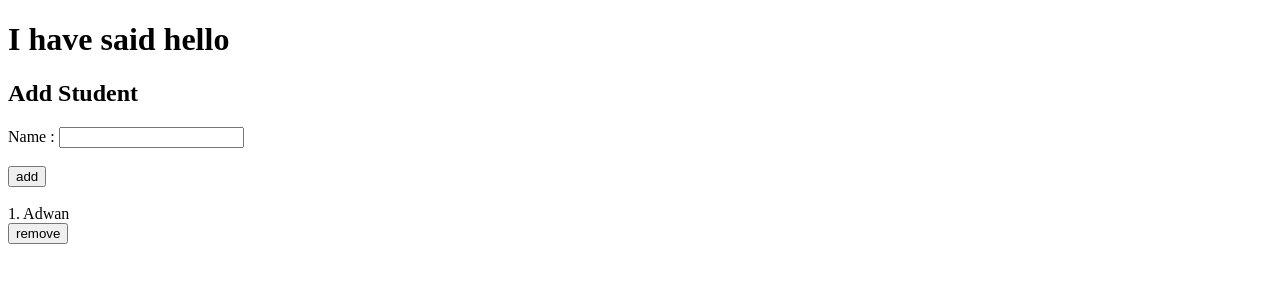
Repository: mistikel/Java-Servlet-3
Page: http://localhost/SampleServlet/Servlet
The author's editor kept a copy of each file at every save. The page is drawn from the files as they stood at one save, then again after the next save.
The browser window is 1280 px wide. The pictures show the whole page.
The page is served by Tomcat 9. Other server files are loaded and not shown.

Above is the page before, as saved 2017-04-21 02:26:49.

### Java Servlet 3 Exercise/project4-exercise/SampleServlet/WebContent/hello.jsp
<%@ page language="java" contentType="text/html; charset=ISO-8859-1"
    pageEncoding="ISO-8859-1"%>
<!DOCTYPE html PUBLIC "-//W3C//DTD HTML 4.01 Transitional//EN" "http://www.w3.org/TR/html4/loose.dtd">
<html>
<head>
<meta http-equiv="Content-Type" content="text/html; charset=ISO-8859-1">
<title>Insert title here</title>
</head>
<body>
<%String hello = (String) session.getAttribute("greeting"); %>
<h1>I have said <%= hello %></h1>
<h2>Add Student</h2>
<form action="Servlet" method="post">
	Name : <input type="text" name="name">
	<br>
	<br>
	<input type="submit" name="submit" value="add">
	<br>
	<br>
</form>
	1. Adwan
	<br>
	<input type="submit" name="remove" value="remove">

</body>
</html>

### Java Servlet 3 Exercise/project4-exercise/SampleServlet/src/com/mitrais/servlet/Servlet.java
package com.mitrais.servlet;

import java.io.IOException;
import javax.servlet.ServletException;
import javax.servlet.annotation.WebServlet;
import javax.servlet.http.HttpServlet;
import javax.servlet.http.HttpServletRequest;
import javax.servlet.http.HttpServletResponse;

/**
 * Servlet implementation class Servlet
 */
@WebServlet("/Servlet")
public class Servlet extends HttpServlet implements javax.servlet.Servlet {
	/**
	 *
	 */
	private static final long serialVersionUID = 1L;

	/**
	 * @see HttpServlet#doGet(HttpServletRequest request, HttpServletResponse response)
	 */
	protected void doGet(HttpServletRequest request, HttpServletResponse response) throws ServletException, IOException {
		request.getSession().setAttribute("greeting", "hello");
		request.getRequestDispatcher("/hello.jsp").forward(request, response);
	}

	@Override
	protected void doPost(HttpServletRequest req, HttpServletResponse resp) throws ServletException, IOException {
		String name = req.getParameter("name");
		req.getSession().setAttribute("name", name);
		req.getRequestDispatcher("/hello.jsp").forward(req, resp);
	}
}

After the next save:
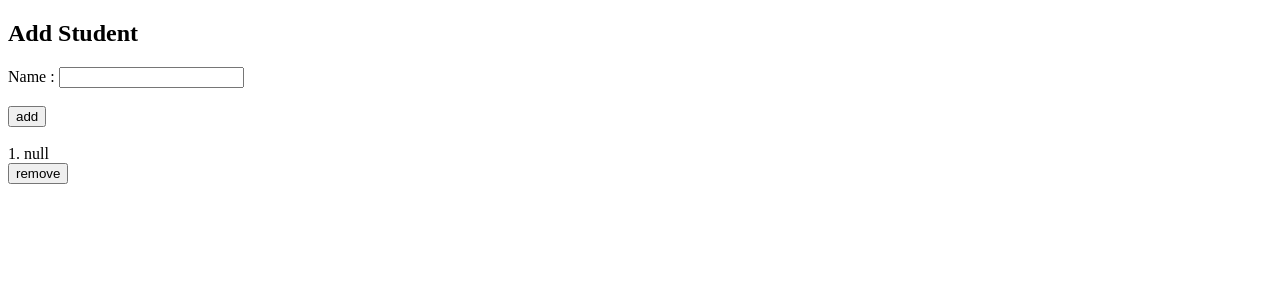
Saved 49 s later.
--- a/Java Servlet 3 Exercise/project4-exercise/SampleServlet/WebContent/hello.jsp
+++ b/Java Servlet 3 Exercise/project4-exercise/SampleServlet/WebContent/hello.jsp
@@ -7,8 +7,6 @@
 <title>Insert title here</title>
 </head>
 <body>
-<%String hello = (String) session.getAttribute("greeting"); %>
-<h1>I have said <%= hello %></h1>
 <h2>Add Student</h2>
 <form action="Servlet" method="post">
 	Name : <input type="text" name="name">
@@ -18,7 +16,8 @@
 	<br>
 	<br>
 </form>
-	1. Adwan
+<%String name = (String) session.getAttribute("name"); %>
+	1. <%= name %>
 	<br>
 	<input type="submit" name="remove" value="remove">
 
